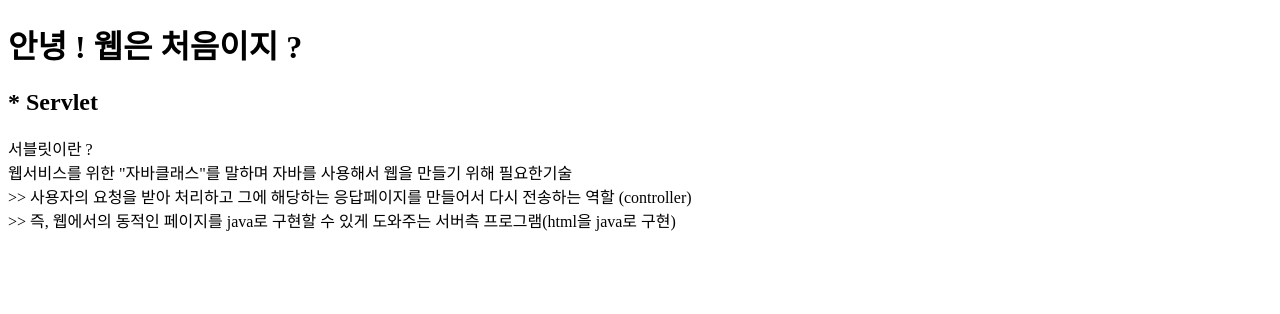
Repository: hyerangbi/Servlet
Page: 6_servlet/1_Servlet/src/main/webapp/index.html
An editor plug-in stored every save of this project. The page is shown before and after the next save, followed by the edit.
The browser window is 1280 px wide. The pictures show the whole page.

Above is the page before, as saved 2024-09-06 03:36:38.

### 6_servlet/1_Servlet/src/main/webapp/index.html
<!DOCTYPE html>
<html>
<head>
<meta charset="UTF-8">
<title>Insert title here</title>
</head>
<body>
	<h1> 안녕 ! 웹은 처음이지 ? </h1>

	<h2> * Servlet </h2>
	<p>
		서블릿이란 ? <br>
		웹서비스를 위한 "자바클래스"를 말하며 자바를 사용해서 웹을 만들기 위해 필요한기술 <br>
		>> 사용자의 요청을 받아 처리하고 그에 해당하는 응답페이지를 만들어서 다시 전송하는 역할 (controller) <br>
		>> 즉, 웹에서의 동적인 페이지를 java로 구현할 수 있게 도와주는 서버측 프로그램(html을 java로 구현)
		<br>

	</p>
</body>
</html>

After the next save:
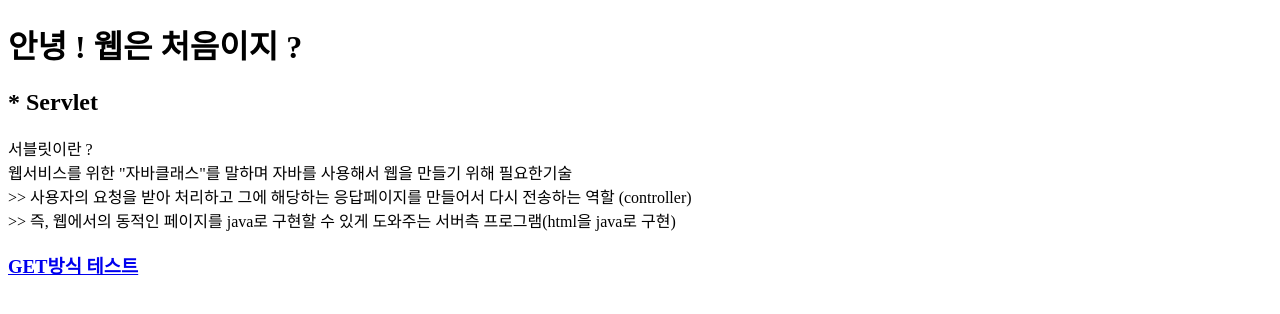
Saved 50 s later.
--- a/6_servlet/1_Servlet/src/main/webapp/index.html
+++ b/6_servlet/1_Servlet/src/main/webapp/index.html
@@ -14,7 +14,7 @@
 		>> 사용자의 요청을 받아 처리하고 그에 해당하는 응답페이지를 만들어서 다시 전송하는 역할 (controller) <br>
 		>> 즉, 웹에서의 동적인 페이지를 java로 구현할 수 있게 도와주는 서버측 프로그램(html을 java로 구현)
 		<br>
-
+		<h3><a href="view/requestTest_GET.html">GET방식 테스트</a></h3>
 	</p>
 </body>
 </html>
